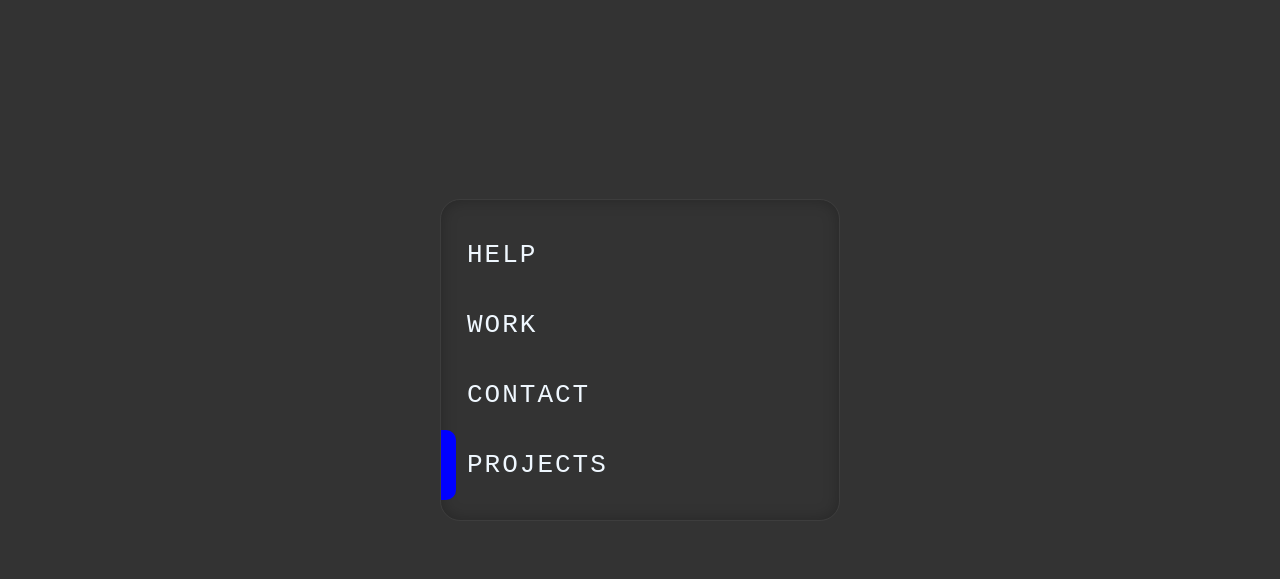
Repository: Rostyk-qq/Projects_Web
Page: menuRanLine/ranLine.html
These files come from the project's save history. The page is drawn as it stood at one moment and after the next save; the edit follows.
The browser window is 1280 px wide. The pictures show the whole page.

Above is the page before, as saved 2023-09-30 03:10:57.

### menuRanLine/ranLine.html
<!DOCTYPE html>
<html lang="en">
<head>
    <meta charset="UTF-8">
    <meta name="viewport" content="width=device-width, initial-scale=1.0">
    <link rel="stylesheet" href="./ranLine.css">
    <title>Document</title>
</head>
<body>
    <div class="wrapper">
        <ul class="menu">
            <li data-active-color="red" class="menu__list">
                <a href="#" class="menu__link">Help</a>
            </li>
            <li data-active-color="yellow"  class="menu__list">
                <a href="#" class="menu__link">Work</a>
            </li>
            <li data-active-color="green"  class="menu__list">
                <a href="#" class="menu__link">Contact</a>
            </li>
            <li data-active-color="blue"  class="menu__list _active">
                <a href="#" class="menu__link">Projects</a>
            </li>

            <div class="container__line">
                <div class="line"></div>
            </div>
        </ul>
    </div>
    <script src="./ranLine.js" ></script>
</body>
</html>

### menuRanLine/ranLine.css
*{
    margin: 0;
    padding: 0;
    box-sizing: border-box;
}
body{
    width: 100vw;
    height: 100vh;
    overflow: hidden;
}
.wrapper {
    width: 100%;
    height: 100%;
    display: grid;
    place-items: center;
    background-color: #333;
 }
.menu {
    position: relative;
    padding: 0;
    display: flex;
    flex-direction: column;
    flex-wrap: wrap;
    width: 400px;
    border-radius: 20px;
    overflow: hidden;
    display: flex;
    align-items:center;
}
.menu__list {
    list-style-type: none;
    width: 100%;
    padding: 20px 0px;
    display: flex;
    align-items: center;
}
.menu__list:nth-child(1){
    margin-top: 20px;
}
.menu__list:nth-child(4){
    margin-bottom: 20px;
}
.menu__link {
    text-transform: uppercase;
    text-decoration: none;
    letter-spacing: 2px;
    color: aliceblue;
    padding-left: 26px;
    font-size: 26px;
    font-family: 'Courier New', Courier, monospace;
}
.container__line {
    position: absolute;
    left: 0;
    top: 0;
    width: 15px;
    height: 100%;
}
.line {
    position: absolute;
    top: 0;
    left: 0;
    width: 100%;
    border-radius: 0px 10px 10px 0px;
}

.menu{
    border: 1px solid transparent;
    box-shadow: inset 0px 0px 15px 0px transparent;
}
.loaded .menu {
    border: 1px solid rgba(255, 255, 255, 0.05);
    box-shadow: inset 0px 0px 15px 0px rgb(0, 0, 0, 0.25);
    transition: all 1.2s ease;
}
.menu__link{
    transform: translateX(-100%);
}
.loaded .menu__link{
    transform: translateX(0%);
    transition: transform 1.2s ease;
}
.loaded .menu__list:nth-child(1) .menu__link{
    transition-delay: .5s;
}
.loaded .menu__list:nth-child(2) .menu__link{
    transition-delay: .7s;
}
.loaded .menu__list:nth-child(3) .menu__link{
    transition-delay: .9s;
}
.loaded .menu__list:nth-child(4) .menu__link{
    transition-delay: 1.1s;
}
.container__line .line{
    transform: translateX(-100%);
}
.loaded .container__line .line{
    transform: translateX(0%);
    transition: transform 2s ease;
    transition-delay: 1s;
}

### menuRanLine/ranLine.js

window.addEventListener('load', windowLoad);

function windowLoad(e) {
    document.documentElement.classList.add('loaded');

    const menu = document.querySelector('ul.menu');
    let menuActiveElement;

    if(menu){
        menuActiveElement = document.querySelector('.container__line .line')
        const menuActiveItem = menu.querySelector('.menu__list._active')

        menuActiveItem ? setStyles(menuActiveItem) : null;
        menu.addEventListener('click', effectCreate)
    }
    function effectCreate(e){
        const target = e.target;

        if(target.closest('.menu__list')){
            const getItem = target.closest('.menu__list');
            const getItemActive = menu.closest('.menu__list._active');

            if(!getItem.classList.contains('_active')){
                getItemActive ? getItemActive.classList.remove('_active') : null;
            }
            setStyles(getItem)
            e.preventDefault();
        }
    }
    function setStyles(menuActiveItem) {
        menuActiveItem.classList.add('_active')
        menuActiveElement.style.cssText = `
            height: ${menuActiveItem.offsetHeight}px;
            top: ${menuActiveItem.offsetTop}px;
            background-color: ${menuActiveItem.dataset.activeColor};
            transition: all 1s ease;
        `
    }
}

After the next save:
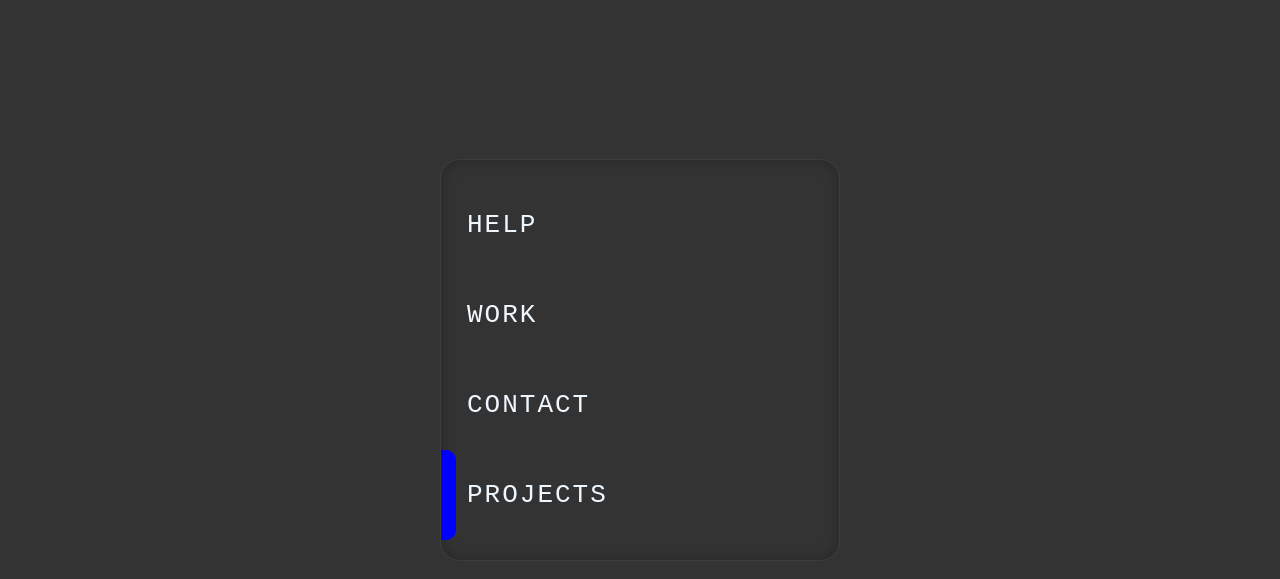
Saved 12 s later.
--- a/menuRanLine/ranLine.css
+++ b/menuRanLine/ranLine.css
@@ -30,7 +30,7 @@ body{
 .menu__list {
     list-style-type: none;
     width: 100%;
-    padding: 20px 0px;
+    padding: 30px 0px;
     display: flex;
     align-items: center;
 }
